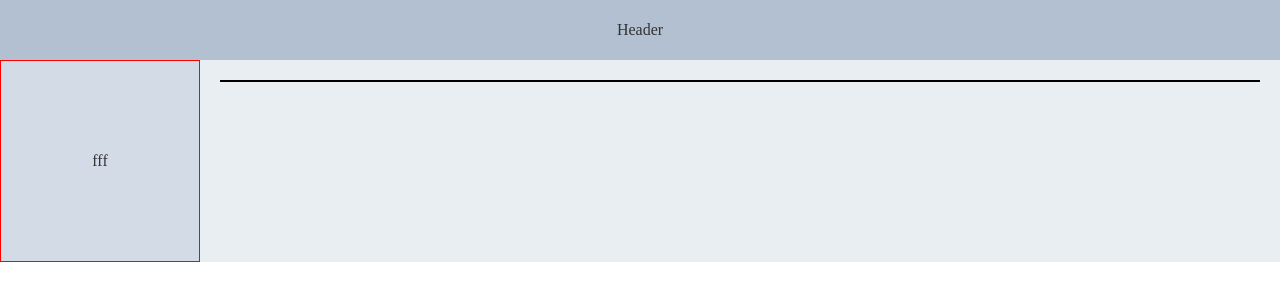
Repository: noob-injoker/router-slots-cw-ee
Page: /
An editor plug-in stored every save of this project. The page is shown before and after the next save, followed by the edit.
The browser window is 1280 px wide. The pictures show the whole page.
The project was rebuilt for these pictures with package versions that can differ from the ones it lists, and the page was loaded fresh each time. Also part of the build but not shown: vue.config.js, src/views/Home.vue.

Above is the page before, as saved 2020-08-29 23:31:11.

After the next save:
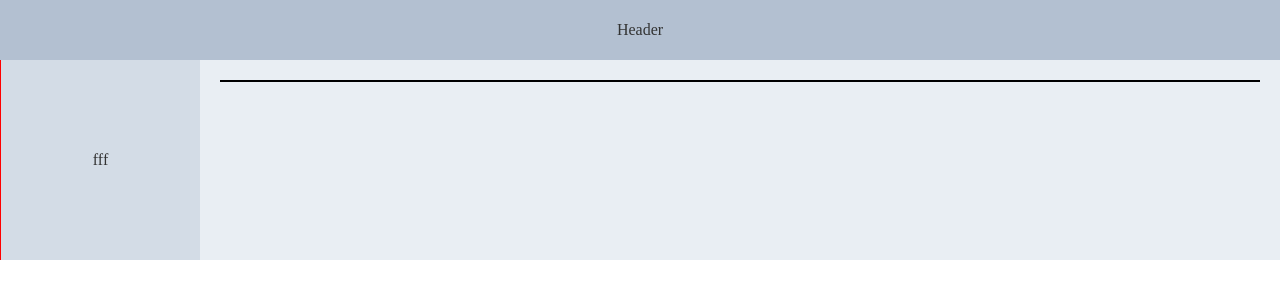
Saved 25 s later.
--- a/src/views/Layout.vue
+++ b/src/views/Layout.vue
@@ -4,7 +4,7 @@
     <el-header>Header</el-header>
     <el-container>
       <el-aside width="200px">
-      <div class="r1">fff</div>
+      <div class="left">fff</div>
       </el-aside>
       <el-main>
 
@@ -46,6 +46,9 @@ export default {
 </script>
 
 <style lang="scss" scoped>
+.left{
+  border-left: 1px solid red;
+}
 .el-header,
 .el-footer {
   background-color: #B3C0D1;
